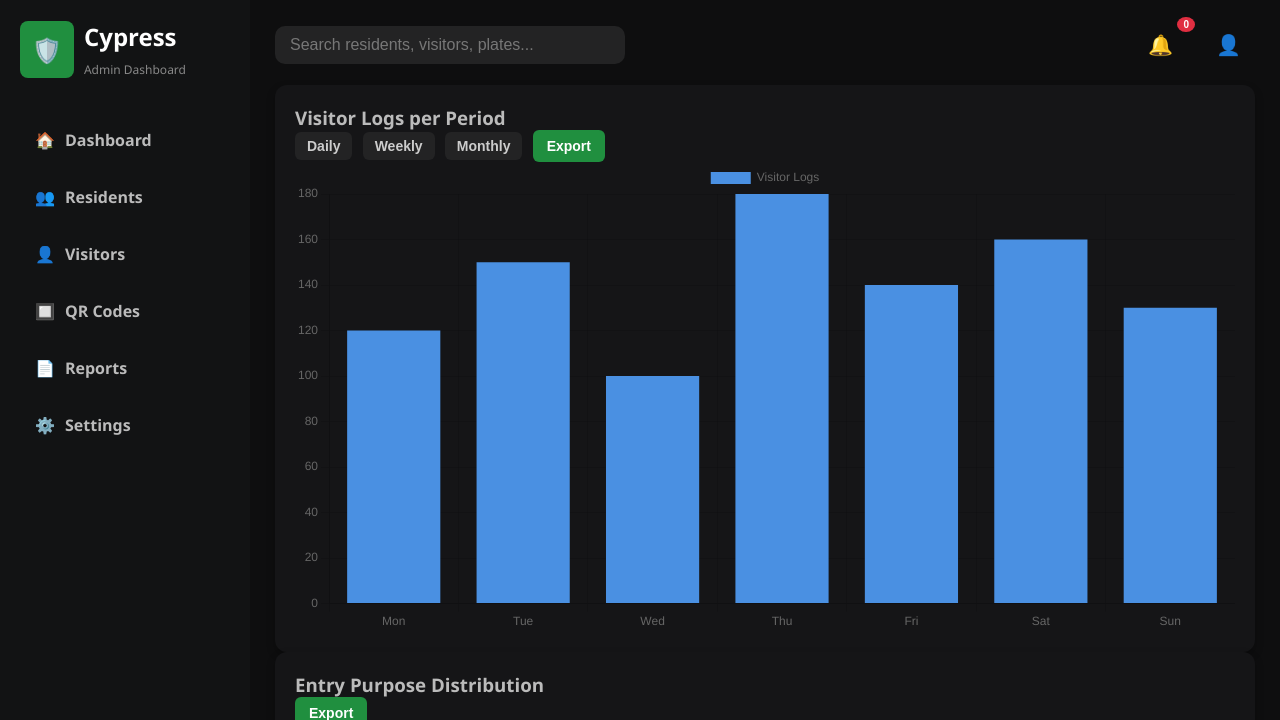
Repository: camuramon/my-project
Page: templates/admin/reports.html
An editor plug-in stored every save of this project. The page is shown before and after the next save, followed by the edit.
The browser window is 1280 px wide. The pictures show the whole page.
An inner scrolling area shows only its first screen. The template is drawn by Flask 3. The application's start-up code is not run. Other server files are loaded and not shown. The template is opened directly, without the code that normally fills it, so the values that code supplies are empty.

Above is the page before, as saved 2025-09-09 17:52:04.
Console error: TypeError: Cannot read properties of null (reading 'addEventListener')

### templates/admin/reports.html
<!DOCTYPE html>
<html lang="en">
<head>
  <meta charset="UTF-8">
  <meta name="viewport" content="width=device-width, initial-scale=1.0">
  <title>VMS Reports Dashboard</title>

    <link rel="stylesheet" href="{{ url_for('static', filename='css/report.css') }}">
  <script src="https://cdn.jsdelivr.net/npm/chart.js"></script>

</head>
<body>
<div class="container">
  <aside class="sidebar">
    <div class="logo">
      <div class="icon">🛡️</div>
      <div class="title">
        <h2>Cypress</h2>
        <span>Admin Dashboard</span>
      </div>
    </div>
    <nav>
      <ul class="sidebar-menu">
        <li class="{% if request.path == url_for('admin_dashboard') %}active{% endif %}">
          <a href="{{ url_for('admin_dashboard') }}"><span class="icon">🏠</span> Dashboard</a>
        </li>
        <li class="{% if request.path == url_for('admin_residents') %}active{% endif %}">
          <a href="{{ url_for('admin_residents') }}"><span class="icon">👥</span> Residents</a>
        </li>
        <li class="{% if request.path == url_for('admin_visitors') %}active{% endif %}">
          <a href="{{ url_for('admin_visitors') }}"><span class="icon">👤</span> Visitors</a>
        </li>
        <li><a href="#"><span class="icon">🔲</span> QR Codes</a></li>
        <li class="{% if request.path == url_for('admin_reports') %}active{% endif %}">
          <a href="{{ url_for('admin_reports') }}"><span class="icon">📄</span> Reports</a>
        </li>
        <li class="{% if request.path == url_for('admin_settings') %}active{% endif %}">
          <a href="{{ url_for('admin_settings') }}"><span class="icon">⚙️</span> Settings</a>
        </li>
      </ul>
    </nav>
  </aside>

  <main class="main-content">
    <header class="top-bar">
      <div class="search-bar">
        <input type="search" placeholder="Search residents, visitors, plates..." />
      </div>
      <div class="top-icons">
        <button class="icon-btn">🔔<span class="notification-count">{{ notifications|length }}</span></button>
        <button class="icon-btn">👤</button>
      </div>
    </header>


  <!-- Main Charts and Side Widgets -->
<section class="flex flex-col lg:flex-row gap-4">

    <!-- Main Charts -->
    <div class="flex-1">
      <div class="card p-4 mb-4">
        <div class="flex justify-between items-center mb-2">
          <h3 class="text-lg font-semibold">Visitor Logs per Period</h3>
          <div class="flex space-x-2">
            <button class="btn-chart-toggle" data-period="daily">Daily</button>
            <button class="btn-chart-toggle" data-period="weekly">Weekly</button>
            <button class="btn-chart-toggle" data-period="monthly">Monthly</button>
            <button class="btn-green">Export</button>
          </div>
        </div>
        <canvas id="barChart"></canvas>
      </div>
   <section class="grid grid-cols-1 md:grid-cols-2 gap-4">

        <div class="card p-4">
          <div class="flex justify-between items-center mb-2">
            <h3 class="text-lg font-semibold">Entry Purpose Distribution</h3>
            <button class="btn-green">Export</button>
          </div>
          <canvas id="horizontalChart"></canvas>
        </div>
        <div class="card p-4">
          <div class="flex justify-between items-center mb-2">
            <h3 class="text-lg font-semibold">Vehicles Used</h3>
            <button class="btn-green">Export</button>
          </div>
          <canvas id="pieChart"></canvas>
        </div>
      </div>
    </div>
    <!-- Side Widgets -->
    <div class="lg:w-1/3 space-y-4">
      <div class="card p-4">
        <div class="flex justify-between items-center mb-2">
          <h3 class="text-lg font-semibold">Visitor Geo Distribution</h3>
          <button class="btn-green">Export</button>
        </div>
        <img src="https://placehold.co/400x250" alt="Geo map" class="w-full rounded">
      </div>
      <div class="card p-4">
        <div class="flex justify-between items-center mb-2">
          <h3 class="text-lg font-semibold">Access Points</h3>
          <button class="btn-green">Export</button>
        </div>
        <canvas id="accessChart"></canvas>
      </div>
      <div class="card p-4">
        <div class="flex justify-between items-center mb-2">
          <h3 class="text-lg font-semibold">Device Access</h3>
          <button class="btn-green">Export</button>
        </div>
        <canvas id="deviceChart"></canvas>
      </div>
    </div>
  </section>

  <!-- Tables -->
  <section class="p-4 grid grid-cols-1 md:grid-cols-2 gap-4">
    <div class="card p-4">
      <h3 class="text-lg font-semibold mb-2">Visitor Logs</h3>
      <div class="overflow-x-auto">
        <table class="w-full text-sm">
          <thead>
            <tr class="border-b border-gray-600">
              <th class="text-left p-2">Name</th>
              <th class="text-left p-2">Purpose</th>
              <th class="text-left p-2">Vehicle</th>
              <th class="text-left p-2">Time In/Out</th>
              <th class="text-left p-2">Status</th>
            </tr>
          </thead>
          <tbody>
            <tr class="border-b border-gray-600 hover:bg-gray-800">
              <td class="p-2">John Doe</td>
              <td class="p-2">Delivery</td>
              <td class="p-2">Car</td>
              <td class="p-2">9:00 AM / 9:15 AM</td>
              <td class="p-2">Exited</td>
            </tr>
            <tr class="border-b border-gray-600 hover:bg-gray-800">
              <td class="p-2">Jane Smith</td>
              <td class="p-2">Guest</td>
              <td class="p-2">Motorcycle</td>
              <td class="p-2">10:00 AM / -</td>
              <td class="p-2">Inside</td>
            </tr>
          </tbody>
        </table>
      </div>
      <a href="#" class="text-blue-400 float-right mt-2">View All</a>
      <button class="btn-green mt-2">Export</button>
    </div>
    <div class="card p-4">
      <h3 class="text-lg font-semibold mb-2">Resident Reports</h3>
      <div class="overflow-x-auto">
        <table class="w-full text-sm">
          <thead>
            <tr class="border-b border-gray-600">
              <th class="text-left p-2">Name</th>
              <th class="text-left p-2">Status</th>
            </tr>
          </thead>
          <tbody>
            <tr class="border-b border-gray-600 hover:bg-gray-800">
              <td class="p-2">Alice Johnson</td>
              <td class="p-2"><span class="bg-green-600 px-2 py-1 rounded">Active</span></td>
            </tr>
            <tr class="border-b border-gray-600 hover:bg-gray-800">
              <td class="p-2">Bob Lee</td>
              <td class="p-2"><span class="bg-yellow-600 px-2 py-1 rounded">Suspended</span></td>
            </tr>
            <tr class="border-b border-gray-600 hover:bg-gray-800">
              <td class="p-2">Charlie Brown</td>
              <td class="p-2"><span class="bg-red-600 px-2 py-1 rounded">Blacklisted</span></td>
            </tr>
          </tbody>
        </table>
      </div>
      <a href="#" class="text-blue-400 float-right mt-2">View All</a>
      <button class="btn-green mt-2">Export</button>
    </div>
  </section>

<script src="{{ url_for('static', filename='js/report.js') }}"></script>
</body>
</html>

### static/css/report.css
/* ===========================
   RESET & BASE STYLES
=========================== */
* {
  box-sizing: border-box;
  margin: 0;
  padding: 0;
}

html, body {
  height: 100%;
  width: 100%;
  margin: 0;
  padding: 0;
  overflow-x: hidden; /* prevent horizontal scroll */
}

body {
  font-family: 'Segoe UI', Tahoma, Geneva, Verdana, sans-serif;
  background-color: #0e0e0f;
  color: #ddd;
  min-height: 100vh;
}

/* ===========================
   LAYOUT
=========================== */
.container {
  display: flex;
  width: 100%;
  min-height: 100vh;
}

/* ===========================
   SIDEBAR
=========================== */
.sidebar {
  width: 250px;
  height: 100vh;
  background-color: #121314;
  padding: 20px;
  flex-shrink: 0;
  position: fixed;   /* keep it fixed */
  top: 0;
  left: 0;
}

.logo {
  display: flex;
  align-items: center;
  margin-bottom: 40px;
}

.logo .icon {
  background-color: #208f3f;
  padding: 12px;
  border-radius: 8px;
  font-size: 24px;
  color: white;
  margin-right: 10px;
}

.logo .title h2 {
  font-weight: 700;
  color: white;
  margin-bottom: 4px;
}

.logo .title span {
  font-size: 12px;
  color: #888;
}

.sidebar-menu {
  list-style: none;
  padding: 0;
}

.sidebar-menu li {
  margin: 15px 0;
}

.sidebar-menu li a {
  text-decoration: none;
  color: #bbb;
  font-weight: 600;
  display: flex;
  align-items: center;
  gap: 10px;
  font-size: 16px;
  padding: 10px 15px;
  border-radius: 8px;
  transition: background-color 0.3s ease, color 0.3s ease;
}

.sidebar-menu li.active a {
  background-color: #2a2a2e;
  color: white;
}

.sidebar-menu li a:hover {
  background-color: #1d1d1f;
  color: white;
}

/* ===========================
   MAIN CONTENT
=========================== */
.main-content {
  flex-grow: 1;
  margin-left: 250px;           /* align with sidebar */
  padding: 25px;
  background-color: #0e0e0f;
  min-height: 100vh;
  width: calc(100% - 250px);    /* prevent overflow */
  overflow-x: hidden;           /* no horizontal scroll */
  box-sizing: border-box;
}

/* ===========================
   TOP BAR
=========================== */
.top-bar {
  display: flex;
  justify-content: space-between;
  align-items: center;
  margin-bottom: 20px;
}

.search-bar input {
  width: 350px;
  padding: 10px 15px;
  border: none;
  border-radius: 10px;
  background-color: #232324;
  color: #ccc;
  font-size: 16px;
}

.search-bar input::placeholder {
  color: #777;
}

.top-icons {
  display: flex;
  gap: 15px;
}

.icon-btn {
  background: none;
  border: none;
  color: #ccc;
  font-size: 20px;
  position: relative;
  cursor: pointer;
}

.notification-count {
  position: absolute;
  top: -8px;
  right: -8px;
  background-color: #e02e41;
  font-size: 10px;
  padding: 2px 6px;
  border-radius: 50%;
  color: white;
}

/* ===========================
   CARDS
=========================== */
.card {
  background-color: #151517;
  border-radius: 12px;
  flex: 1 1 300px;
  padding: 20px;
  position: relative;
  color: #bbb;
  box-shadow: 0 4px 8px rgba(0,0,0,0.25);
  transition: box-shadow 0.3s ease;
}

.card:hover {
  box-shadow: 0 6px 20px rgba(74,144,226,0.7);
}

.card h2 {
  color: white;
  font-weight: 800;
  font-size: 22px;
  margin-bottom: 10px;
}

/* ===========================
   BUTTONS
=========================== */
button {
  cursor: pointer;
  border: none;
  border-radius: 6px;
  font-weight: 600;
  padding: 8px 14px;
  font-size: 14px;
}

.btn-green {
  background-color: #208f3f;
  color: white;
  transition: 0.3s;
}

.btn-green:hover {
  background-color: #27b34c;
  box-shadow: 0 0 10px #27b34c;
}

.btn-chart-toggle {
  background-color: #232324;
  color: #ccc;
  margin-right: 6px;
  border-radius: 6px;
  padding: 6px 12px;
  cursor: pointer;
  transition: 0.3s;
}

.btn-chart-toggle:hover {
  background-color: #4A90E2;
  color: white;
}

/* ===========================
   TABLES
=========================== */
table {
  width: 100%;
  border-collapse: collapse;
  table-layout: fixed; /* 🔑 prevent overflow */
}

th, td {
  text-align: left;
  padding: 10px;
  font-size: 14px;
  color: #ddd;
}

thead {
  background-color: #2a2a2e;
}

tr {
  border-bottom: 1px solid #333;
}

tr:hover {
  background-color: #252527;
}

/* ===========================
   CHARTS
/* ===========================
   CHARTS
=========================== */
/* ===========================
   CHARTS
=========================== */

/* Chart Container */
.chart-container {
    background-color: #1c1c1c;
    border-radius: 12px;
    padding: 1rem;
    margin-bottom: 1.5rem;
    box-shadow: 0 4px 12px rgba(0, 0, 0, 0.3);
    display: flex;
    flex-direction: column;
    align-items: center;

    /* ✅ Limit height so it doesn't stretch too much */
    max-height: 400px;
    height: auto;
    width: 100%;
    box-sizing: border-box;
}

/* Title inside chart container */
.chart-container h3 {
    margin-bottom: 0.8rem;
    font-size: 1rem;
    font-weight: 600;
    color: #eee;
    text-align: center;
}

/* ✅ Chart Canvas Styling */
.chart-container canvas {
    width: 100% !important;
    height: auto !important;
    max-height: 300px;
}

/* Make charts grid nicely */
.charts {
    display: grid;
    grid-template-columns: repeat(auto-fit, minmax(320px, 1fr));
    gap: 20px;
    width: 100%;
}

### static/js/report.js
// Bar Chart
const barCtx = document.getElementById('barChart').getContext('2d');
let period = 'daily';
const barData = {
  daily: [120, 150, 100, 180, 140, 160, 130],
  weekly: [850, 900, 880, 920],
  monthly: [3200, 3500, 3400]
};
const barChart = new Chart(barCtx, {
  type: 'bar',
  data: {
    labels: ['Mon', 'Tue', 'Wed', 'Thu', 'Fri', 'Sat', 'Sun'],
    datasets: [{
      label: 'Visitor Logs',
      data: barData.daily,
      backgroundColor: '#4A90E2'
    }]
  },
  options: {
    responsive: true,
    plugins: {
      tooltip: { enabled: true }
    }
  }
});

document.querySelectorAll('.btn-chart-toggle').forEach(btn => {
  btn.addEventListener('click', (e) => {
    period = e.target.dataset.period;
    const labels = period === 'daily'
      ? ['Mon', 'Tue', 'Wed', 'Thu', 'Fri', 'Sat', 'Sun']
      : (period === 'weekly'
        ? ['Week 1', 'Week 2', 'Week 3', 'Week 4']
        : ['Jan', 'Feb', 'Mar']);
    barChart.data.labels = labels;
    barChart.data.datasets[0].data = barData[period];
    barChart.update();
  });
});

// Horizontal Stacked Bar
const horCtx = document.getElementById('horizontalChart').getContext('2d');
new Chart(horCtx, {
  type: 'bar',
  data: {
    labels: ['Delivery', 'Guest', 'Service', 'Other'],
    datasets: [{
      label: 'Purpose',
      data: [200, 150, 100, 50],
      backgroundColor: ['#7ED321', '#F5A623', '#4A90E2', '#D0021B']
    }]
  },
  options: {
    indexAxis: 'y',
    responsive: true
  }
});

// Pie Chart
const pieCtx = document.getElementById('pieChart').getContext('2d');
new Chart(pieCtx, {
  type: 'pie',
  data: {
    labels: ['Car', 'Motorcycle', 'Bicycle', 'Other'],
    datasets: [{
      data: [500, 300, 100, 100],
      backgroundColor: ['#4A90E2', '#7ED321', '#F5A623', '#D0021B']
    }]
  },
  options: { responsive: true }
});

// Access Points Chart
const accCtx = document.getElementById('accessChart').getContext('2d');
new Chart(accCtx, {
  type: 'bar',
  data: {
    labels: ['Gate 1', 'Gate 2'],
    datasets: [{
      label: 'Entries',
      data: [250, 200],
      backgroundColor: '#7ED321'
    }]
  },
  options: { responsive: true }
});

// Export buttons (placeholder)
document.querySelectorAll('.btn-export, .btn-green').forEach(btn => {
  if (btn.classList.contains('btn-export')) {
    btn.style.display = 'inline-block';
  }
  btn.addEventListener('click', () => {
    alert('Export functionality coming soon!');
  });
});

// Filter button
document.querySelector('.btn-filter').addEventListener('click', () => {
  alert('Filter modal or functionality here!');
});

After the next save:
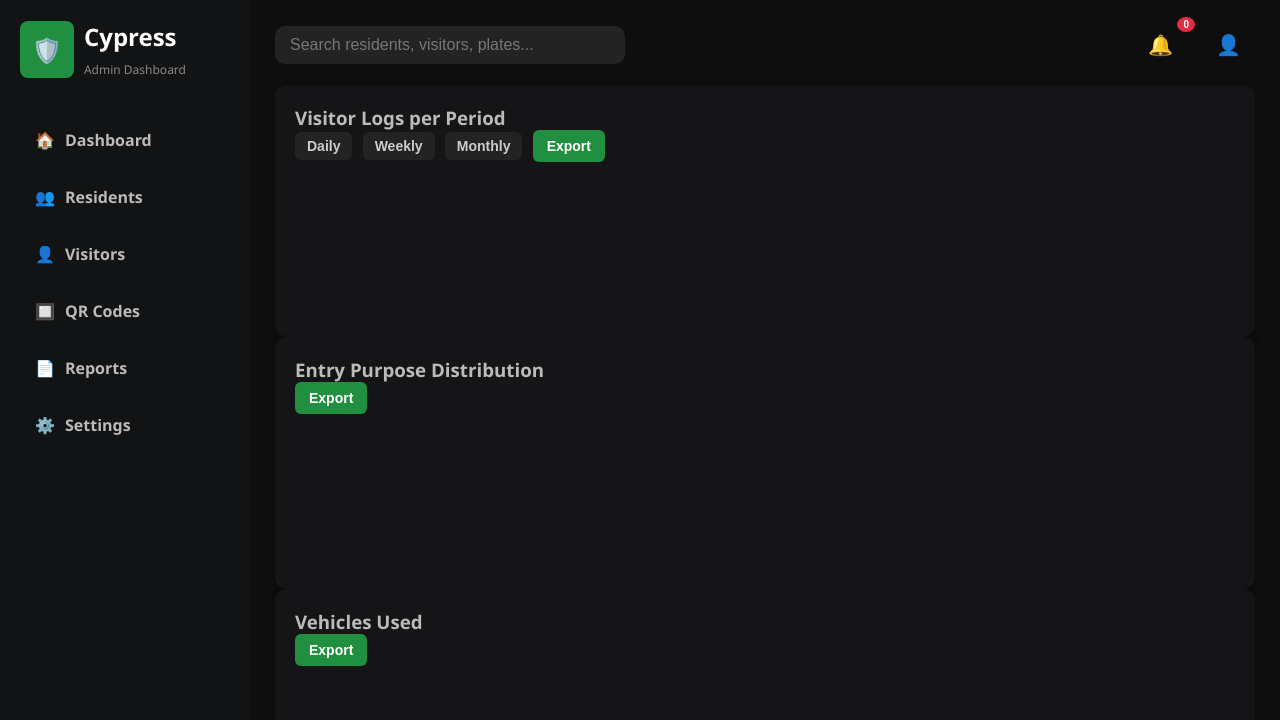
Console error: SyntaxError: Unexpected token '}'
Saved 31 s later.
--- a/static/js/report.js
+++ b/static/js/report.js
@@ -67,8 +67,11 @@
       backgroundColor: ['#4A90E2', '#7ED321', '#F5A623', '#D0021B']
     }]
   },
-  options: { responsive: true }
-});
+  options: {
+  responsive: true,
+  maintainAspectRatio: true, // ✅ make chart scale with zoom
+  ...
+}
 
 // Access Points Chart
 const accCtx = document.getElementById('accessChart').getContext('2d');

After the save that followed:
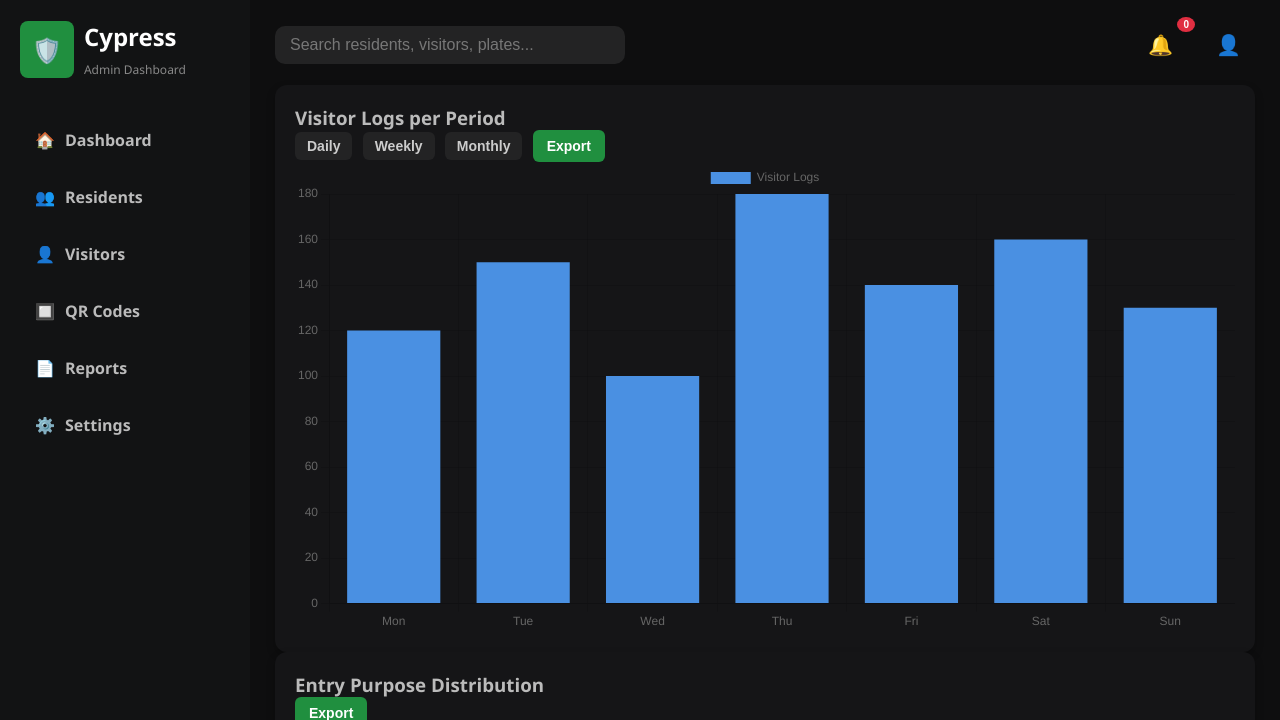
Console error: TypeError: Cannot read properties of null (reading 'addEventListener')
Saved 24 s later.
--- a/static/js/report.js
+++ b/static/js/report.js
@@ -67,11 +67,8 @@
       backgroundColor: ['#4A90E2', '#7ED321', '#F5A623', '#D0021B']
     }]
   },
-  options: {
-  responsive: true,
-  maintainAspectRatio: true, // ✅ make chart scale with zoom
-  ...
-}
+  options: { responsive: true }
+});
 
 // Access Points Chart
 const accCtx = document.getElementById('accessChart').getContext('2d');
